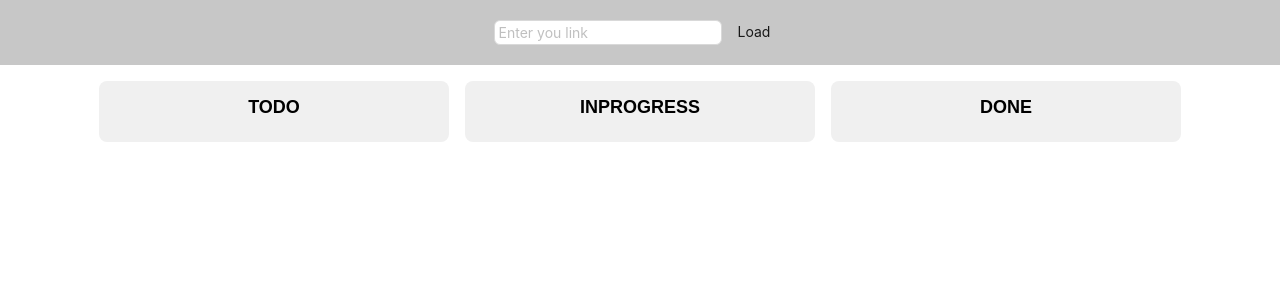
Repository: dVaselevsliy/kanban-test
Page: /
The author's editor kept a copy of each file at every save. The page is drawn from the files as they stood at one save, then again after a run of saves.
The browser window is 1280 px wide. The pictures show the whole page.
The project was rebuilt for these pictures with package versions that can differ from the ones it lists, and the page was loaded fresh each time. Also part of the build but not shown: vite.config.ts, src/helpers/timeAgo.js, src/components/Issue.tsx.

Above is the page before, as saved 2025-03-03 01:51:42.

### src/main.tsx
import { StrictMode } from 'react'
import { createRoot } from 'react-dom/client'
import App from './App.tsx'
import 'antd/dist/reset.css';
import './styles/styles.scss'
import { Provider } from 'react-redux'
import { store } from './redux/store.ts'

createRoot(document.getElementById('root')!).render(
  <StrictMode>
    <Provider store={store}>
      <App />
    </Provider>
  </StrictMode>,
)

### src/App.tsx
import React, { useEffect, useState } from "react"
import KanbanBoard from "./components/KanbanBoard"
import { useAppDispatch, useAppSelector } from "./redux/hooks"
import { setIssues, setLink, setQuery} from "./array/dataArray"
import { getGitHubLink } from "./api"
import { Button, Input } from 'antd';


function App() {
  const [error, setError] = useState('')
  const [loading, setLoading] = useState(false)

  const dispatch = useAppDispatch()
  const { query, link, issues } = useAppSelector(state => state.data)

  const submit = (query: string) => {
    dispatch(setLink(query))
  }

  const handleSubmit = (event: React.FormEvent) => {
    event.preventDefault();

    if (query.length === 0) {
      return
    }

    submit(query)

    reset()
  }

  const reset = () => {
    dispatch(setQuery(''))
    setError('')
  }

  useEffect(() => {
    if (!link) return

    setLoading(true)
    setError('')
  /*  check local storage for repo link if it has tasks already
      if has - take tasks from local storage
      if no - make a request
    */
    getGitHubLink(link)
      .then(issues => {
        dispatch(setIssues(issues))
      })
      .catch(() => setError('Failed to loud issues'))
      .finally(() => setLoading(false))
  }, [dispatch, link])

  return (
    <>
      <div>
        <form onSubmit={handleSubmit} className="form">
          <label htmlFor="query"></label>
          <Input
            value={query}
            onChange={(event) => {
              dispatch(setQuery(event.target.value))
            }}
            className="input"
            placeholder="Enter you link"
            id="query"
            type="text" />

          <Button
            htmlType="submit" type="primary" className="button"
            type="submit"
          className="button"
          >
            Load
          </Button>
          {error && error}
        </form>
        <KanbanBoard issues={issues} repoUrl={link} />
      </div>
    </>
  )
}

export default App

### src/styles/styles.scss
* {
  box-sizing: border-box;
}

body {
  margin: 0;
  padding: 0;
}

.form {
  display: flex;
  justify-content: center;
  padding-block: 20px;
  background-color: #c7c7c7;
}

.input {
  height: 25px;
  width: 100%;
  max-width: fit-content;
  padding: 4px;
}

.button {
  height: 25px;
}

.colums > div {
  flex: 1;
  display: flex;
  flex-direction: column;
}

.colums {
  display: flex;
  justify-content: center;
  align-items: stretch;
  gap: 20px;
  width: 100%;

  &__name {
    text-align: center;
  }

  &__container {
    background-color: #d1d2d7;
    margin: 20px;
    border: 1px solid;
    flex-grow: 1;
    display: flex;
    flex-direction: column;
    align-items: center;
  }
}

.issue {
  border: 1px solid black;
  display: flex;
  flex-direction: column;
  width: 100%;
  margin: auto;
  padding: 15px;
  margin: 20px 0;
  border-radius: 16px;
  background-color: white;
  cursor: grab;

  &__title {
    text-align: left;
    font-size: 14px;
    font-weight: 400;
    margin: 0;
    margin-block: 5px;
    font-weight: bold;
  }

  &__description {
    text-align: left;
    font-size: 14px;
    font-weight: 400;
    margin: 0;
    margin-block: 5px;
  }

  &__second-section {
    display: flex;
    align-items: baseline;
    gap: 5px;
  }

  &__id {
    margin: 0;
    font-size: 14px;
  }

  &__third-section {
    display: flex;
    gap: 10px;
    width: 100%;
  }

  &__link {
    margin: 0;
  }
}

.kanban-container {
  display: flex;
  justify-content: center;
  gap: 16px;
  padding: 16px;
}

.kanban-column {
  max-width: 350px;
  width: 33.3%;
  padding: 16px;
  background-color: #f0f0f0;
  border-radius: 8px;
}

.kanban-title {
  font-size: 18px;
  font-weight: bold;
  margin-bottom: 8px;
  text-align: center;
}

.kanban-task {
  padding: 8px;
  background-color: white;
  border-radius: 4px;
  box-shadow: 0 2px 4px rgba(0, 0, 0, 0.1);
  margin-bottom: 8px;
  cursor: pointer;
}

.kanban-task:active {
  opacity: 0.7;
}

.kanban-new-task {
  width: 33.3%;
  padding: 16px;
}

.kanban-input {
  width: 100%;
  padding: 8px;
  border: 1px solid #ccc;
  border-radius: 4px;
}

.kanban-button {
  width: 100%;
  margin-top: 8px;
  padding: 8px;
  background-color: #007bff;
  color: white;
  border: none;
  border-radius: 4px;
  cursor: pointer;
}

.kanban-button:hover {
  background-color: #0056b3;
}

### src/redux/store.ts
import { configureStore } from "@reduxjs/toolkit";
import dataReducer from "../../src/array/dataArray";

export const store = configureStore({
  reducer: {
    data: dataReducer,
  },
});

export type AppDispatch = typeof store.dispatch;
export type RootState = ReturnType<typeof store.getState>;

### src/components/KanbanBoard.tsx
import { useEffect, useState } from "react";
import Task from "./Issue";
import { IssueType } from "../type/IssueType";
import { } from 'antd';

const initialTasks = {
  todo: [],
  inProgress: [],
  done: [],
};

interface Props {
  issues: IssueType[],
  repoUrl: string
}

export default function KanbanBoard({ issues, repoUrl }: Props) {
  const [tasks, setTasks] = useState(initialTasks);
  const [draggedTask, setDraggedTask] = useState(null);
  const [draggedOverTask, setDraggedOverTask] = useState(null);

  useEffect(() => {
    const storedTasks = localStorage.getItem(`kanban-${repoUrl}`)
    if (storedTasks) {
      setTasks(JSON.parse(storedTasks))
    } else {
      const newTasks = {
        todo: issues.filter(issue => issue.state === 'open' && !issue.assignee),
        inProgress: issues.filter(issue => issue.state === 'open' && issue.assignee),
        done: issues.filter(issue => issue.state === 'closed')
      }
      setTasks(newTasks)
    }
  }, [issues, repoUrl])

  useEffect(() => {
    localStorage.setItem(`kanban-${repoUrl}`, JSON.stringify(tasks))
  }, [tasks, repoUrl])

  const handleDragStart = (task: IssueType, column: string) => {
    setDraggedTask({ task, column });
  };

  const handleDragOver = (task: IssueType) => {
    setDraggedOverTask(task);
  };

  const handleDrop = (column: string) => {
    if (!draggedTask) return;

    const { task, column: fromColumn } = draggedTask;

    if (fromColumn === column) {
      const updatedColumn = [...tasks[column]];
      const fromIndex = updatedColumn.indexOf(task);
      const toIndex = updatedColumn.indexOf(draggedOverTask);

      updatedColumn.splice(fromIndex, 1);
      updatedColumn.splice(toIndex, 0, task);

      setTasks({ ...tasks, [column]: updatedColumn });
      /* local storage */
    } else {
      const updatedFromColumn = tasks[fromColumn].filter((t) => t !== task);
      const updatedToColumn = [...tasks[column]];
      const toIndex = draggedOverTask ? updatedToColumn.indexOf(draggedOverTask) : updatedToColumn.length;

      updatedToColumn.splice(toIndex, 0, task);

      setTasks({
        ...tasks,
        [fromColumn]: updatedFromColumn,
        [column]: updatedToColumn,
      });
      /* local storage - tasks for each repo
        {
          repo1URl: [
          ...
          ],
          repo2URl: [
          ...
          ],
        }
      */
    }

    setDraggedTask(null);
    setDraggedOverTask(null);
  };

  const columns = ["todo", "inProgress", "done"];

  return <div className="kanban-container">
      {columns.map((col) => (
        <div
          key={col}
          className="kanban-column"
          onDragOver={(e) => e.preventDefault()}
          onDrop={() => handleDrop(col)}
        >
          <h2 className="kanban-title">{col.toUpperCase()}</h2>
          {tasks[col].map((task) => (
            <Task
              key={task.id}
              issue={task}
              col={col}
              handleDragStart={handleDragStart}
              handleDragOver={handleDragOver}
            />
          ))}
        </div>
      ))}
    </div>
}

### src/redux/hooks.ts
import { TypedUseSelectorHook, useDispatch, useSelector } from "react-redux";
import { AppDispatch } from "./store";
import { RootState } from "@reduxjs/toolkit/query";

export const useAppDispatch = () => useDispatch<AppDispatch>()
export const useAppSelector: TypedUseSelectorHook<RootState> = useSelector

### src/array/dataArray.ts
import { createSlice, PayloadAction } from "@reduxjs/toolkit"
import { IssueType } from "../type/IssueType"

type DataType = {
  query: string
  link: string
  issues: IssueType[]
}

const initialState: DataType = {
  query: '',
  link: '',
  issues: [],
}

const dataSlice = createSlice({
  name: 'data',
  initialState,
  reducers: {
    setQuery: (state, action: PayloadAction<string>) => {
      state.query = action.payload
    },
    setLink: (state, action: PayloadAction<string>) => {
      state.link = action.payload
    },
    setIssues: (state, action: PayloadAction<IssueType[]>) => {
      state.issues = action.payload
    }
  }
})

export default dataSlice.reducer
export const { setQuery, setLink, setIssues } = dataSlice.actions;

### src/api.ts
export function getGitHubLink(link: string) {
  try {
    const repoPath = new URL(link).pathname.replace(/^\//, "");
    const url = `https://api.github.com/repos/${repoPath}/issues`

    return fetch(url, {
      headers: {
        "Accept": "application/vnd.github.v3+json",
      },
    })
      .then(res => res.json())
      .catch(() => 'Link loading Error')
  } catch {
    return Promise.resolve({error: 'Invalid URL'})
  }
}

Loaded but not shown: index.html (common file)

After the next 3 saves:
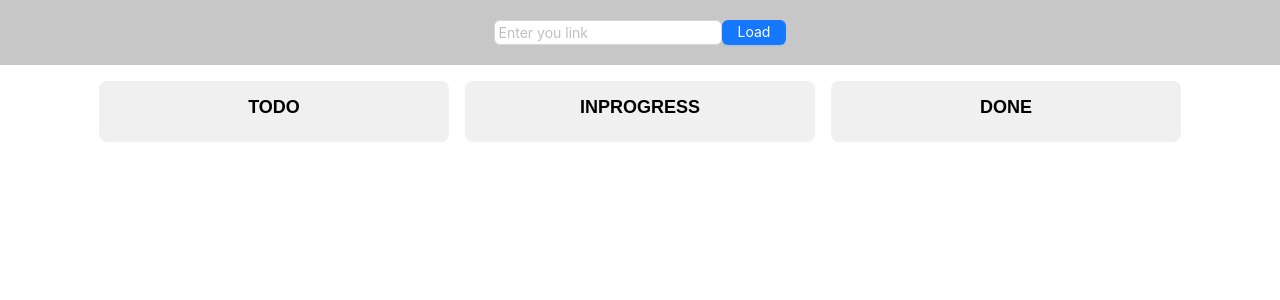
The 3 saves are shown as one change because they came seconds apart.
The last was saved 8 s later.
--- a/src/App.tsx
+++ b/src/App.tsx
@@ -67,9 +67,9 @@ function App() {
             type="text" />
 
           <Button
-            htmlType="submit" type="primary" className="button"
-            type="submit"
-          className="button"
+            htmlType="submit"
+            type="primary"
+            className="button"
           >
             Load
           </Button>
